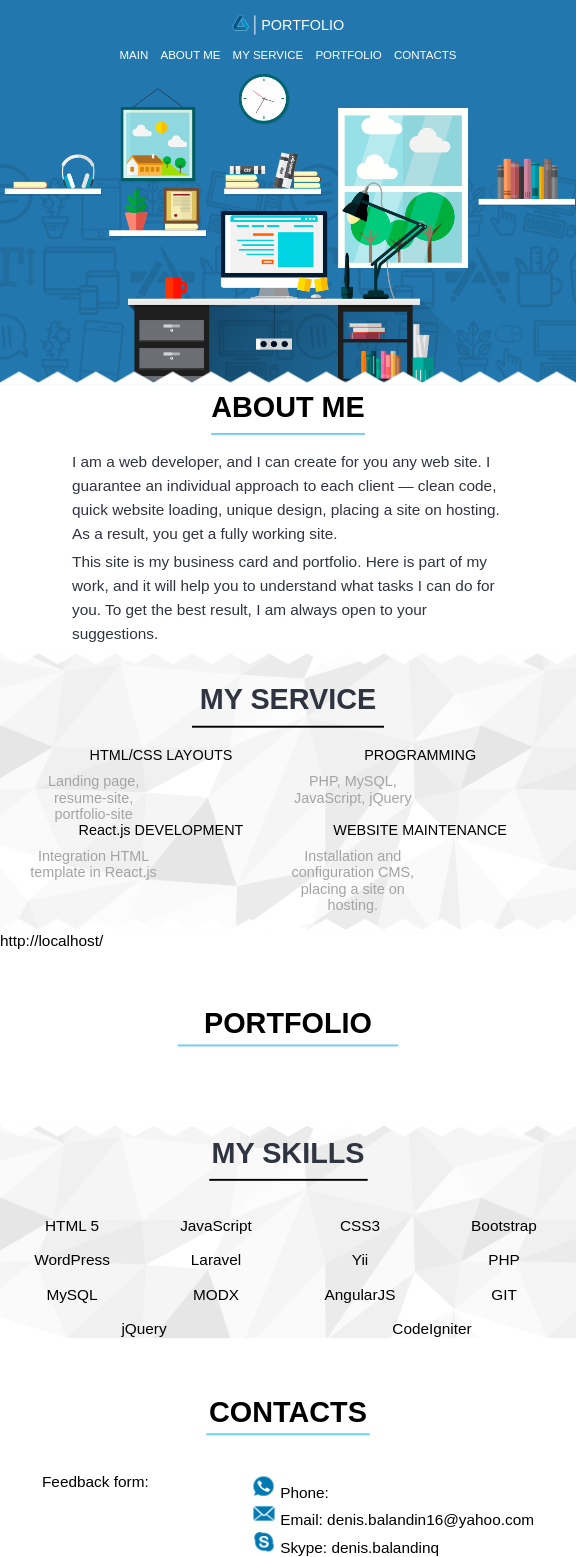
Repository: DenisBalandin/Portfolio
Page: /
An editor plug-in stored every save of this project. The page is shown before and after the next save, followed by the edit.
The browser window is 600 px wide. The pictures show the whole page, at 96% of full size.
Pictures or frames that could not be fetched are drawn as grey boxes. The page's requests for data from a server got no answer. The project was rebuilt for these pictures with package versions that can differ from the ones it lists, and the page was loaded fresh each time. No one was signed in, and anything a server would have sent is missing. Also part of the build but not shown: src/ItemPage.js.

Above is the page before, as saved 2020-03-07 15:50:55.

### src/App.js
import React from 'react';
import './style.scss';
import ItemPage from './ItemPage';
import Home from './Home';
import Header from './Header';


import {BrowserRouter as Router,Route, Link} from 'react-router-dom';

function App(){
  return (
    <Router>
      <Header/>
      <Route exact path="/pageitem" component={ItemPage} />

      <Route exact path="/pageitem/:itemid" component={ItemPage} />
      <Route exact path="/" component={Home} />
    </Router>
  );
}

export default App;

### src/style.scss
*{padding: 0; margin: 0;}
body{font-family: Arial; min-width: 500px; }
a{text-decoration: none; color: #FFFFFF; text-decoration: none;}
li{list-style: none;}

/* Heder */
#first_page_bg{
    width:100%;
    height: 70%;
    background: #2277ae;
    header{
        width: 65%;
        margin: 0 auto 0 auto;
        .up_menu_links{
            display: flex;
            justify-content: space-between;
           padding: 2% 0 0 0;
            .social_link{
                width: 30%;
                a{

                    img{
                        width: 7%;
                    }
                    margin: 0 3% 0 3%;
                }
            }
            .email_heder{
                 width: 30%;
                margin: 0 1.5% 0 0;
                a{
                    // display: flex;
                    .email_icon{
                        // width: 15%;
                        // width: 100%;
                        img{
                            width: 100%;
                            // position: absolute;
                            margin: 0 0 0 -2%;
                            // height: 100%;
                        }
                    }
                    div{
                        margin: 0.3% -2% 0 15%;
                        font-size: 1.0vw;
                    }
                }
            }
        }
        menu{
            margin:2% 0 5% 0;
            display: flex;
            justify-content: space-between;
            flex-wrap: wrap;
            width: 100%;
            .logo{
                width: 30%;
                display: flex;
                height: 100%;
                img{
                   width: 100%;
                //    height: 100%;
                //    margin: 5% 0 0% 0;
                }
                .company_name{
                    margin: auto;
                    margin: 0% 0 0 5%;
                    // height: 90%;
                    padding: 0 0 0 5%;
                    border-left: #FFFFFF 1px solid;
                    font-size: 2.5vw;
                    // height: 100%;
                    display: table;
                    a{
                        vertical-align: middle;
                    }
                }
            }
            .menu_heder{
                padding: 1.2% 0 0 0;
                width: 53%;
                display: flex;
                justify-content: space-between;
                div{
                    display: table;
                    a{
                        font-size: 1.2vw;
                        vertical-align: middle;

                    }
                    a:hover{
                        text-decoration: underline;
                    }
                }
            }
        }
    }
}
/*Heder end*/

/*Page*/
#first_page_bg_single{ width: 100%; height: 195px; background: #2277ae; padding:0px 0 0 0; overflow: hidden;}
.bg_page_insaide_page{width: 100%; background: url("img/pattop1.png") repeat-x; height: 230px; position: relative; z-index:5;}
.deltatop_page_page{width: 100%; background: url("img/deltatop.png") repeat-x; height: 14px; position: relative; z-index: 20; margin: -13px 0 0 0;}
#content_page{
    max-width: 1200px;
    margin: 30px auto 0px auto;
    display: flex;
    flex-wrap: wrap;
    flex-direction: row;
    justify-content: space-around;
}
.content_pageh1{
    font-size: 30px;
    text-transform: uppercase;
    text-align: center;
    font-weight: bold;
    position: relative;
    margin-bottom: 30px;
    color:#303440;
    text-decoration: underline;
    padding: 40px 0 10px 0;
}
#content_page img{
    width: 100%;
    height: auto;
}
/*Page end*/
.order_site{float: right; margin: 15px 0 0 20px; width: 178px; height: 30px; border: 1px solid #6ca6cd; text-align: center; color: #ffffff; padding: 10px 0 0 0; font-size: 14px; box-shadow: 9px 8px 4px -7px #2277ae; }
.order_site:hover{background: #0298cc; cursor: pointer;}
.company_name{
    color: #ffffff;
    font-size: 45px;
    margin: -10px 0 0 15px;
}
.company_name a{color: #FFFFFF;}
.company_name a:hover{color: #FFFFFF; text-decoration: none;}
.logo_border{
    width: 1px; height: 50px; background: #FFFFFF; margin: 0 10px 0 25px;
}
.content_description{
    max-width: 750px;
    height: 60px;
    float: left;
    font-size: 14px;
    color: #303440;
    margin: 0 0px 0 0;
}
.tools{ font-size: 15px; color: #303440; padding: 0 0 0 0px; }
.content_link{font-size: 15px; color: #303440; margin:0px 0 20px 0;}
.content_link a{color: #303440; text-decoration: underline;}
.content_link a:hover{text-decoration: none;}
.content_text{
    width: 80%;
    background: #fff;
    border: 1px solid #59759b;
    overflow: hidden;
    margin: 0 auto 0 auto;
}
.content_text img{
    width: 100%!important;
    height: 50%!important;
}
.web_line{ background:url("img/web_line.jpg")no-repeat;  display: inline-block; height: 69px; max-width: 1150px; margin: 0 0 -5px 0; border-right: 1px solid #59759b; border-left: 1px solid #59759b; border-top: 1px solid #59759b;}
.content_url{float: left; margin: 40px 0 0 160px;}
.content_url a{color: #585353;}
/*Links end*/
.flex-container {
    display: flex;
    flex-direction:  row-reverse;
}
/*Top Menu*/
.heder_menu{
    display: flex;
}
.top_menu{
    margin: 20px 0;
    display: flex;
    flex-direction:row;
}
/*Page bg*/
.page_bg{
    margin: -10px auto 0 auto;
}
.bg_page_insaide{width: 100%; background: url("img/pattop.png") repeat-x;  position: relative; z-index:5; background-position: bottom;
    display: flex;
    flex-direction: column;
}
.bg_page_insaide_single{width: 100%; margin: 15px 0 0 0; background: url("img/pattop.png") repeat-x; height: 130px; position: relative; z-index:5;}
.deltatop_page{width: 100%; background: url("img/deltatop.png") repeat-x; height: 14px; position: relative; z-index: 20; margin: -14px 0 0 0;}
/*Page bg end*/

/*About me*/
#about_me{
    width: 85%;
    margin:  1% auto 0% auto;
    h1{
        font-size: 30px;
        text-transform: uppercase;
        margin: 0 auto 2% auto;
        font-weight: bold;
        position: relative;
        border-bottom: 2px solid #6dcff6;
        width: 160px;
        padding: 0 0 10px 0;
    }
    .about_me_content{
    display: inline-block;
    height: 40%!important;

        p{
            box-sizing: border-box;
            font-size: 20px "Roboto";
            line-height: 25px;
            color: #303440; margin: 1% 0 1% 0;
        }
        img{
            // width: 30%;
            padding: 0 5% 0 5%;
            margin: 0 0 0% 0;

        }
    }
}
/*About me end*/

/*My Service*/
#my_service_bg{
    height: 100%;
    background: url("img/bgdelta.png") repeat-x;
    h3{
        font-size: 30px;
        text-transform: uppercase;
        font-weight: bold;
        color: #303440;
        width: 200px;
        text-align: center;
        margin: 20px auto 20px auto;
        border-bottom: 2px #000000 solid;
        padding: 0 0 10px 0;
    }
    .my_service_line_top{
        width: 100%;
        height: 14px;
        background: url("img/deltabottom.png") repeat-x;
    }
    .my_service_line_bottom{
        width: 100%;
        height: 14px;
        background: url("img/deltatop.png") repeat-x;
    }
    #my_service{
        width: 90%;
        margin: 0px auto 1% auto;
        display: flex;
        div{
            width: 300px;
            .text_img{
              width: 30%;
              margin: 0 auto 0 auto;
              img{
                 width: 100%;
              }
            }
            .text_1{
                width: 100%;
                padding: 0 1% 0 1%;
                font-size: 15px;
            }
            .text_2{
                width: 100%;
                padding: 0 5% 0 5%;
                color:#a4a4a4;
                font-size: 15px;
            }
        }
    }
}


/*My service end*/

/*Portfolio*/
#portfolio{
    max-width: 1200px;
    margin: 0 auto 40px auto;
    display: flex;
    flex-direction:row;
    flex-wrap: wrap;
    justify-content: center;
}
.portfolioh3{
    font-size: 30px;
    text-transform: uppercase;
    text-align: center;
    font-weight: bold;
    position: relative;
    border-bottom: 2px solid #6dcff6;
    width: 230px;
    margin: 60px auto 40px auto;
    padding: 0 0 5px 0;
}
#portfolio .portfolioblock{
    border: 1px solid #bfd2e1;
    width: 368px;
    margin: 10px;
    box-shadow: 5px 5px 4px -5px #000000;
}
#portfolio div img{
    margin: -12px 0 0px 0;
    display: inline-block;
}
.p_name{
    background:#2d7eb2;
    text-align: center;
    height: 40px;
    opacity: 0.8;
    padding: 2px 20px;
    margin: 0 auto 0 auto;
}
.p_name a{
    font-size: 20px;
    color: #ffffff;
}
.p_name:hover{
    text-decoration: none;
}
/*Portfolio end*/

/*Content blog*/
#content_blog{ max-width: 1200px;  margin: 0 auto 40px auto; min-height: 300px;}
/*Content blog end*/



/*I used*/
#my_skils_bg{
    width: 100%;
    height: 100%;
    background: url("img/bgdelta.png") repeat-x;
    margin: 0 0 40px 0;
}
.my_skils_line_top{
    width: 100%;
    height: 14px;
    background: url("img/deltabottom.png") repeat-x;
}
.my_skils_line_bottom{
    width: 100%;
    height: 14px;
    background: url("img/deltatop.png") repeat-x;
}
#my_skils{
    max-width: 1200px;
    margin: 10px auto 0px auto;
    display: flex;
    flex-direction:row;
    flex-wrap: wrap;
}
#my_skils div img{}
.my_skillsh3{
    font-size: 30px;
    text-transform: uppercase;
    font-weight: bold;
    color: #303440;
    width: 165px;
    text-align: center;
    margin: 0 auto 20px auto;
    border-bottom: 2px #000000 solid;
    padding: 0 0 10px 0;
}
#my_skils div{ width: 140px; text-align: center; margin: 0 0 20px 18px;}
#my_skils div img{margin: 0 0 10px 0; width:40%;}
.about_me_img{}
.text_1{ text-align: center;}
.text_2{ text-align: center; margin: 10px 0 0 0; color:#a4a4a4; font-size: 13px;}
/*I used end*/

/*Portfolio*/
.contactsh3{
    font-size: 30px;
    text-transform: uppercase;
    text-align: center;
    font-weight: bold;
    position: relative;
    border-bottom: 2px solid #6dcff6;
    width: 170px;
    margin: 60px auto 40px auto;
    padding: 0 0 5px 0;
}
#contacts{
    max-width: 1200px;
    margin: 0 auto 0px auto;
    display: flex;
    flex-direction:row;
    flex-wrap: wrap;
    justify-content: space-around;
}
.formcont{ margin: 0 20px 0 0;}
.formcont input{border: 1px solid #dddddd; margin: 10px 0 10px 0; width: 250px; height: 30px; color: #666666; padding: 0 0 0 10px;}
.formcont textarea{border: 1px solid #dddddd; margin: 10px 0 10px 0; width: 410px; height: 70px; color: #666666; padding: 15px 0 0 10px;}
.formcont button{ background:#0298cc; height: 40px; width: 180px; color: #ffffff; font-size: 18px; border: 1px solid #6ca6cd; cursor: pointer;}
.formcont button:hover{ background:#2277ae;}
/*Portfolio end*/

/*Footer*/
#footer_bg{background: #2277ae; width: 100%; height: 100px; margin: 50px 0 0 0; }
#footer{max-width: 1200px;  margin: 10px auto 0px auto; height: 50px;}
.copyright{ color: #ffffff; margin: 25px 0 0 10px;}
.footermenu{ margin: 25px 0 0 0;}
.footermenu li{float: left; font-size: 14px; margin: 0 10px 0 10px; color: #ffffff; border-bottom: 1px solid #ffffff;}
.footermenu li:hover{border-bottom: 1px solid #2277ae;}
/*footer end*/


@media all and (max-width: 900px) {
    menu{
        display: block!important;
        .logo{
            width: 60%;
           margin: 2% auto 2% auto;
        }
        .menu_heder{
            width: 90%!important;
            margin: 2% auto 4% auto;
            a{
                font-size: 2vw!important;
            }

        }
    }
    .social_link{
        display: none
    }
    .email_heder{
        display: none
    }
    #my_service{
        width: 90%!important;
        flex-wrap: wrap;
        div{
             width: 50%!important;
            text-align: center!important;
            .text_img{
                // display: none;
                width: 20%!important;
                // margin: 0 auto 0 auto;
                // img{
                //    width: 100%;
                // }
              }
        }

    }

    #about_me p img {
        width: 0%;
    }

    #my_skils div img {
        width: 0% !important;
    }

    #my_skils{
        justify-content: space-around!important;
    }
    #my_skils div{
        margin: 0 !important;
    }
    .top_menu{
        display: none!important;
    }
    .menu{
        margin: 10px 0 40px 0!important;
        justify-content: space-around !important;
    }
    #about_me p{
        padding: 0 30px 0 30px!important;
    }
}
@media all and (max-width: 700px) {
    #my_service{
        width: 90%!important;

        div{
            // width: 50%!important;
            // text-align: center;
            .text_img{
                display: none;
                margin: 0!important;
                // width: 20%!important;
                // margin: 0 auto 0 auto;
                // img{
                //    width: 100%;
                // }
              }
              .text_1{
                width: 100%!important;

                font-size: 15px;
            }
            .text_2{
                width: 100%;
               padding: 0!important;
                color:#a4a4a4;
                font-size: 15px;
            }
        }

    }
}

### src/Home.js
import React,{Component} from 'react';
import AboutMe from './AboutMe';
import MyService from './MyService';
import MySkills from './MySkills';
import Contacts from './Contacts';
import Portfolio from './Portfolio';
import {BrowserRouter as Router,Route, Link} from 'react-router-dom';


class Home extends Component{
    render(){
        return(
            <div>
                <Router>
                    <AboutMe/>
                    <MyService/>
                    <Portfolio/>
                    <MySkills/>
                    <Contacts/>
                </Router>
            </div>
        );
    }
}
export default Home;

### src/AboutMe.js
import React from 'react';
import aboutme from './img/aboutme.png';

function AboutMe(){
    return(
        <div id="about_me">
            <h1>ABOUT ME</h1>
            <div className="about_me_content">
                <p>
                    <img className="about_me_img" align="right" src={aboutme} width="40%"/>
                    I am a web developer, and I can create for you any web site. I guarantee an individual approach to each client — clean code, quick website loading, unique design, placing a site on hosting. As a result, you get a fully working site.
                </p>
                <p>
                    This site is my business card and portfolio. Here is part of my work, and it will help you to understand what tasks I can do for you. To get the best result, I am always open to your suggestions.
                </p>
            </div>
        </div>
    );
}
export default AboutMe;

### src/MyService.js
import React from 'react';
import html_icon from './img/html_icon.png';
import code_icon from './img/code_icon.png';
import react from './img/react_icon.png';
import display_icoon from './img/display_icoon.png';

function MyService(){
    return(
        <div id="my_service_bg">
          <div className="my_service_line_top"></div>
          <h3>MY SERVICE</h3>
          <div id="my_service">
              <div>
                <div  className="text_img"><img src={html_icon} /></div>
                <div className="text_1">HTML/CSS LAYOUTS</div>
                <div className="text_2">Landing page, resume-site, portfolio-site</div>
              </div>
              <div>
              <div  className="text_img"><img  src={code_icon} /></div>
                <div className="text_1">PROGRAMMING</div>
                <div className="text_2">PHP, MySQL, JavaScript, jQuery</div>
              </div>
              <div>
              <div  className="text_img"><img src={react}/></div>
                <div className="text_1">React.js DEVELOPMENT</div>
                <div className="text_2">Integration HTML template in React.js</div>
              </div>
              <div>
              <div  className="text_img"><img src={display_icoon}/></div>
                <div className="text_1">WEBSITE MAINTENANCE</div>
                <div className="text_2">Installation and configuration CMS, placing a site on hosting.</div>
              </div>
          </div>
          <div className="my_service_line_bottom"></div>
      </div>
    );
}
export default MyService;

### src/MySkills.js
import React from 'react';
import css3 from './img/css3.png';
import bootstrap from './img/bootstrap.png';

function MySkills(){
    return(
        <div id="my_skils_bg">
            <div className="my_skils_line_top"></div>
            <h3 className="my_skillsh3">My Skills</h3>
            <div id="my_skils">
                <div>
                    <img src="<?php bloginfo('template_directory'); ?>/img/html5.png" />
                    <p>HTML 5</p>
                </div>
                <div>
                    <img src="<?php bloginfo('template_directory'); ?>/img/js.png"/>
                    <p>JavaScript</p>
                </div>
                <div><img src={css3}/> <p>CSS3</p></div>
                <div><img src={bootstrap}/><p>Bootstrap</p></div>
                <div><img src="<?php bloginfo('template_directory'); ?>/img/wordpress.png"/><p>WordPress</p></div>
                <div><img src="<?php bloginfo('template_directory'); ?>/img/laravel.png"/><p>Laravel</p></div>
                <div><img src="<?php bloginfo('template_directory'); ?>/img/yii.png"/><p>Yii</p></div>
                <div><img src="<?php bloginfo('template_directory'); ?>/img/php.png"/><p>PHP</p></div>
                <div><img src="<?php bloginfo('template_directory'); ?>/img/mysql.png"/><p>MySQL</p></div>
                <div><img src="<?php bloginfo('template_directory'); ?>/img/modx.png"/><p>MODX</p></div>
                <div><img src="<?php bloginfo('template_directory'); ?>/img/angular.png"/><p>AngularJS</p></div>
                <div><img src="<?php bloginfo('template_directory'); ?>/img/git.png"/><p>GIT</p></div>
                <div><img src="<?php bloginfo('template_directory'); ?>/img/jquery.png"/><p>jQuery</p></div>
                <div><img src="<?php bloginfo('template_directory'); ?>/img/codeigniter.png"/><p>CodeIgniter</p></div>
            </div>
            <div className="my_service_line_bottom"></div>
        </div>
    );
}
export default MySkills;

### src/Contacts.js
import React from 'react';
import skype_cont from './img/skype_cont.jpg';
import mail_cont from './img/mail_cont.jpg';
import phone_cont from './img/phone_cont.png';

function Contacts(){
    return(
        <>
            <h3 className="contactsh3">CONTACTS</h3>
            <div id="contacts">
                <div className="formcont">
                    <p>Feedback form:</p>

                </div>
                <div className="contacts">
                    <div>
                    <img src={phone_cont}/> <span>Phone:</span>
                    </div>
                    <div>
                    <img src={mail_cont}/> <span>Email: denis.balandin16@yahoo.com  </span>
                    </div>
                    <div>
                    <img src={skype_cont}/> <span>Skype: denis.balandinq </span>
                    </div>
                </div>
            </div>
        </>
    );
}
export default Contacts;

### src/Portfolio.js
import React,{Component} from 'react';
import portfolioicon from './img/portfolioicon.jpg';
import { db } from "./firebase";
import ReactHtmlParser, { processNodes, convertNodeToElement, htmlparser2 } from 'react-html-parser';
import {BrowserRouter as Router,Route, Link} from 'react-router-dom';

class Portfolio extends Component{
    constructor(props){
        super(props);
        this.state = {
            pages:[]
        }
    }
    componentDidMount(){
        this.getFetch();
    }
    getFetch = () => {
        // db.collection("messages")
        // .get()
        // .then(querySnapshot => {
        //     let fullArray = [];
        //     const data = querySnapshot.docs.map(doc => doc.data());
        //     for(var int = 0; int < data.length; int++){
        //         fullArray[int] = {
        //             name: data[int].name,
        //             date:data[int].date,
        //             check:data[int].check,
        //             id: querySnapshot.docs[int].id,
        //         }
        //     }
        //     this.setState({ users: fullArray });
        // });
        fetch('http://testwoo/wp-json/wp/v2/posts')
        .then(response => response.json())
        .then(
            result => this.setState({
                pages:result
            })
        );
    }

    render(){
       return(
           <>
           {window.location.href}
            {/* <Route exact path="/"  component={Home}/> */}
            <h3 className="portfolioh3">PORTFOLIO</h3>
            <div id="portfolio">
                {this.state.pages.map((page, index)=>
                    <div className="portfolioblock">
                        {/* <Link to={`/pageitem/${page.id}`}>
                            <img src={portfolioicon}  width="368"/>
                            { ReactHtmlParser(page.excerpt.rendered)}
                        </Link>
                        <div className="p_name">
                            <a href="/pexuniverse/">{page.title.rendered}</a>
                        </div> */}
                    </div>
                )}


            </div>
        </>
       );
   }
}
export default Portfolio;

### src/firebase.js
import firebase from 'firebase';

const firebaseApp = firebase.initializeApp({
    apiKey: "AIzaSyBH21wpMVzXC2kYGnD8x1tI6ru-zdWNAqs",
    authDomain: "test-4ba23.firebaseapp.com",
    databaseURL: "https://test-4ba23.firebaseio.com",
    projectId: "test-4ba23",
    storageBucket: "test-4ba23.appspot.com",
    messagingSenderId: "597606478464",
    appId: "1:597606478464:web:6e48455407186638df2c65",
    measurementId: "G-NDR2C185V9"
});

const db = firebaseApp.firestore();

export {db};

Loaded but not shown: public/index.html (common file); src/index.js (common file); src/index.css (common file); src/serviceWorker.js (common file); src/Header.js (72 lines, source omitted)

After the next save:
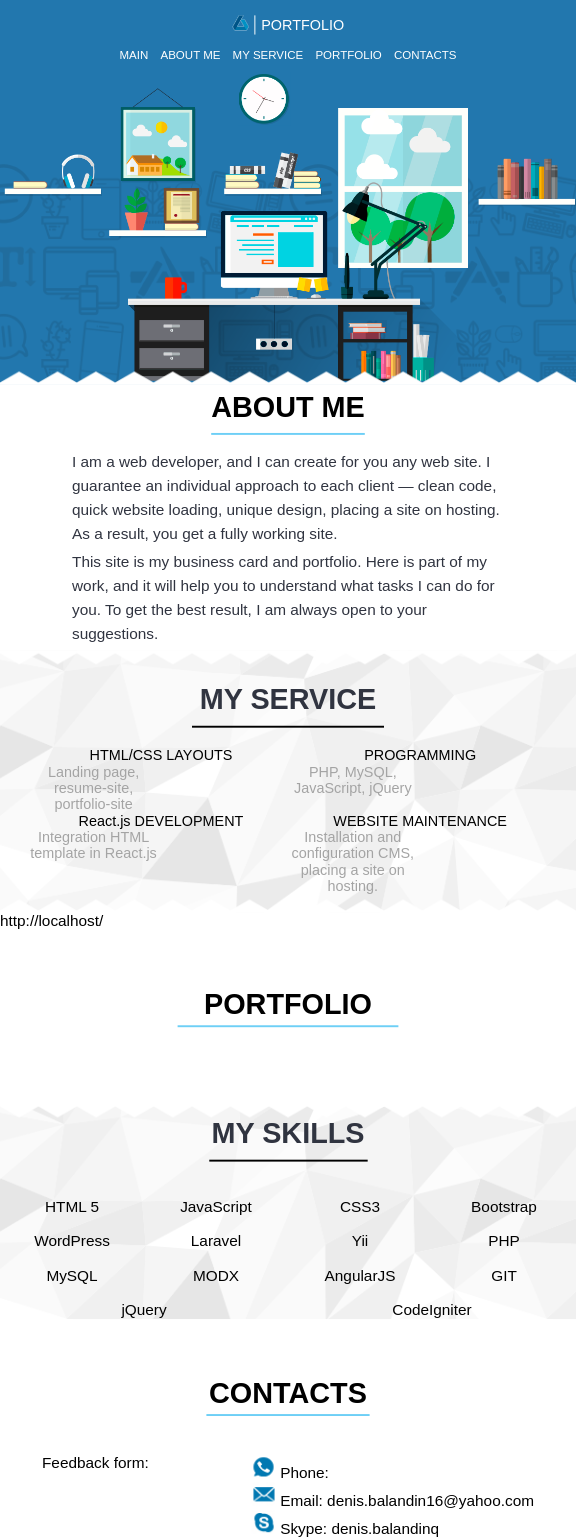
Saved 17 s later.
--- a/src/style.scss
+++ b/src/style.scss
@@ -500,6 +500,7 @@
                 font-size: 15px;
             }
             .text_2{
+                margin: 0!important;
                 width: 100%;
                padding: 0!important;
                 color:#a4a4a4;
